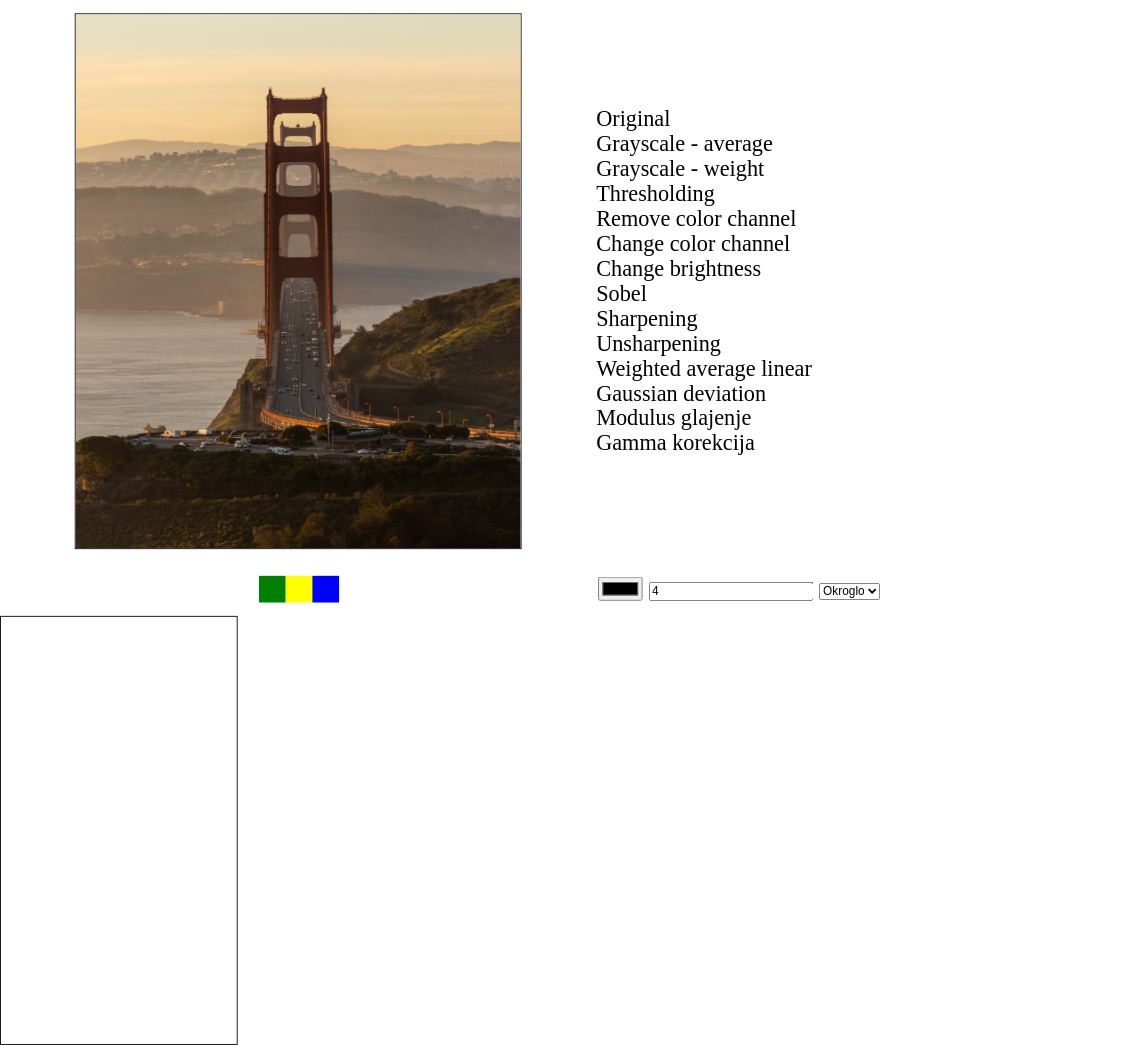
Repository: fussionko/web_photoshop
Page: index.html
These files come from the project's save history. The page is drawn as it stood at one moment and after the next save; the edit follows.
The browser window is 1280 px wide. The pictures show the whole page, at 89% of full size.

Above is the page before, as saved 2022-04-28 11:40:49.

After the next save:
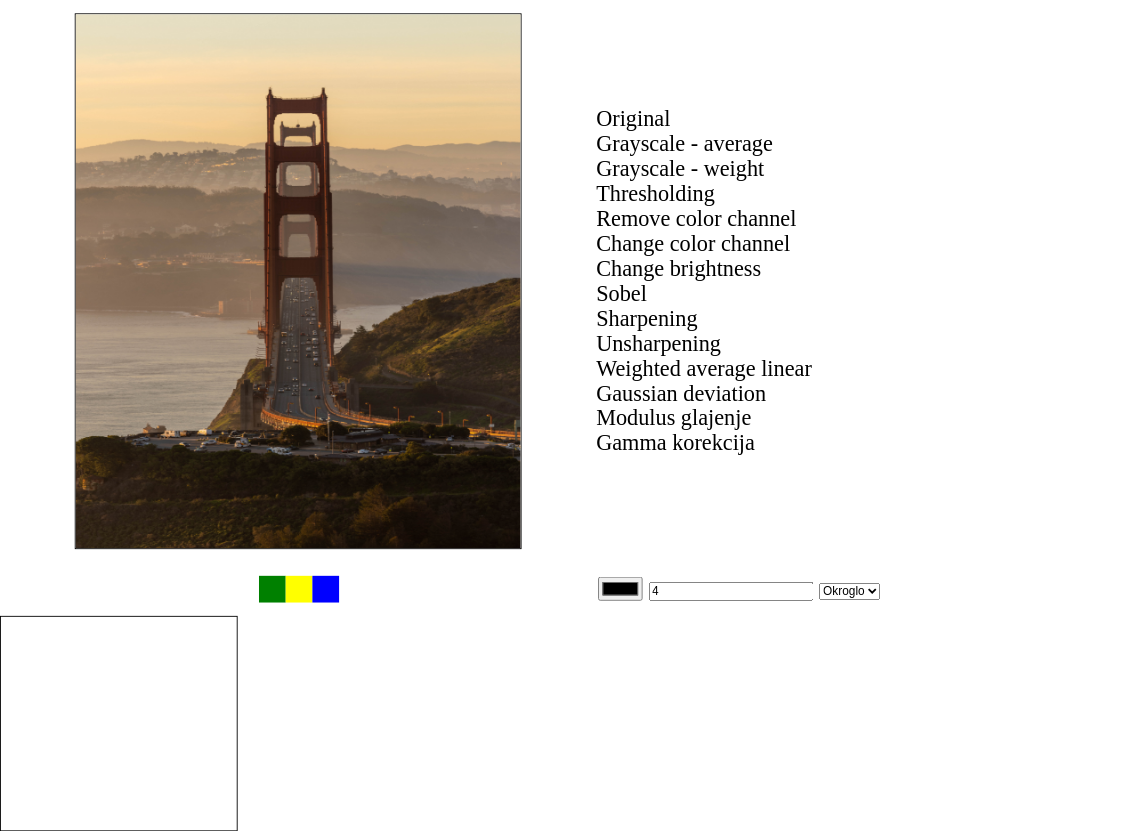
Saved 9 s later.
--- a/graph.js
+++ b/graph.js
@@ -1,6 +1,6 @@
 
 const graph_width = 265;
-const graph_height = 480;
+const graph_height = 240;
 
 let main_graph;
 let graph_ctx;
